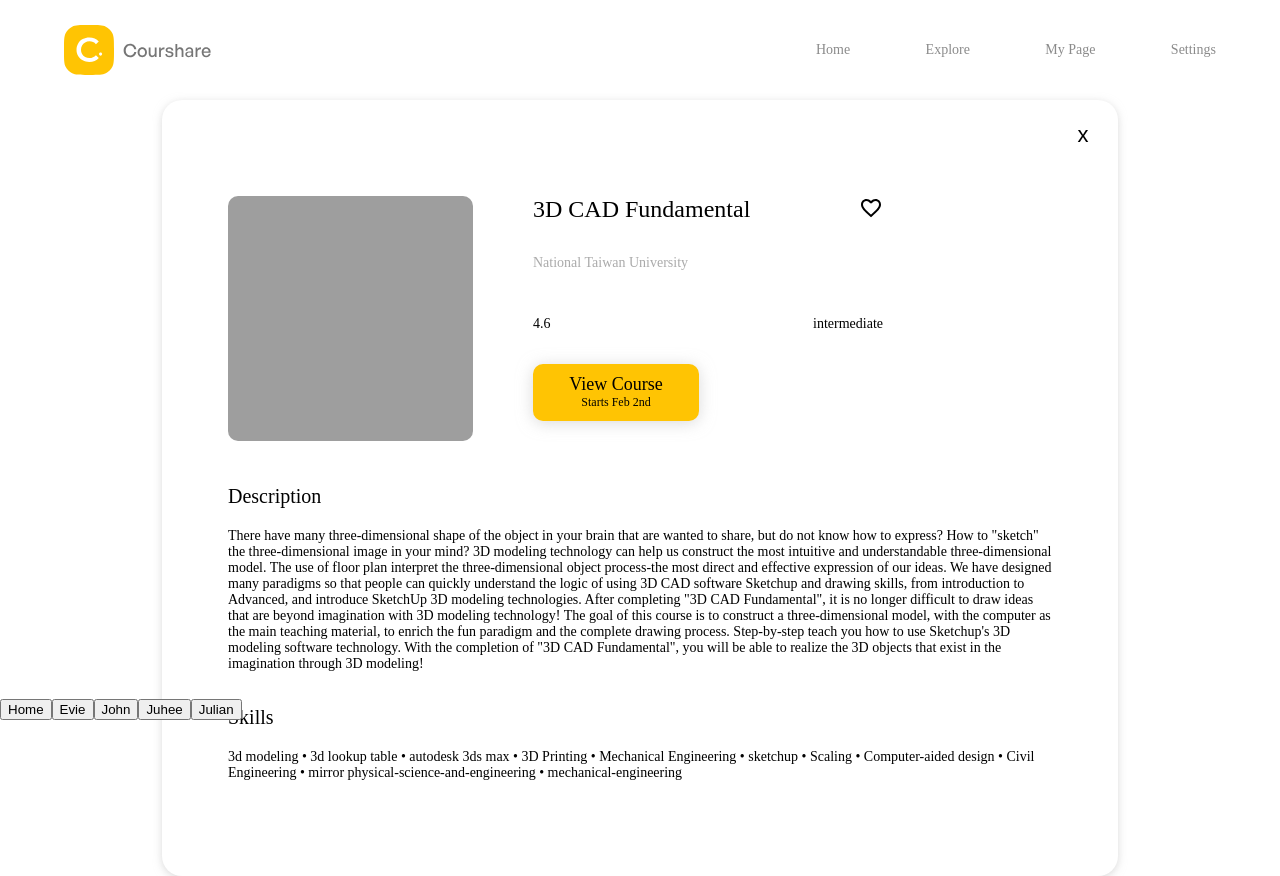
Repository: julianm09/courshare-app
Page: /comps/juhee
These files come from the project's save history. The page is drawn as it stood at one moment and after the next save; the edit follows.
The browser window is 1280 px wide. The pictures show the whole page.
Pictures or frames that could not be fetched are drawn as grey boxes. The project was rebuilt for these pictures with package versions that can differ from the ones it lists, and the page was loaded fresh each time. The framework's server and built-in components were replaced by stand-ins that run in the browser. Also part of the build but not shown: next.config.js.

Above is the page before, as saved 2022-02-07 14:52:27.

After the next save:
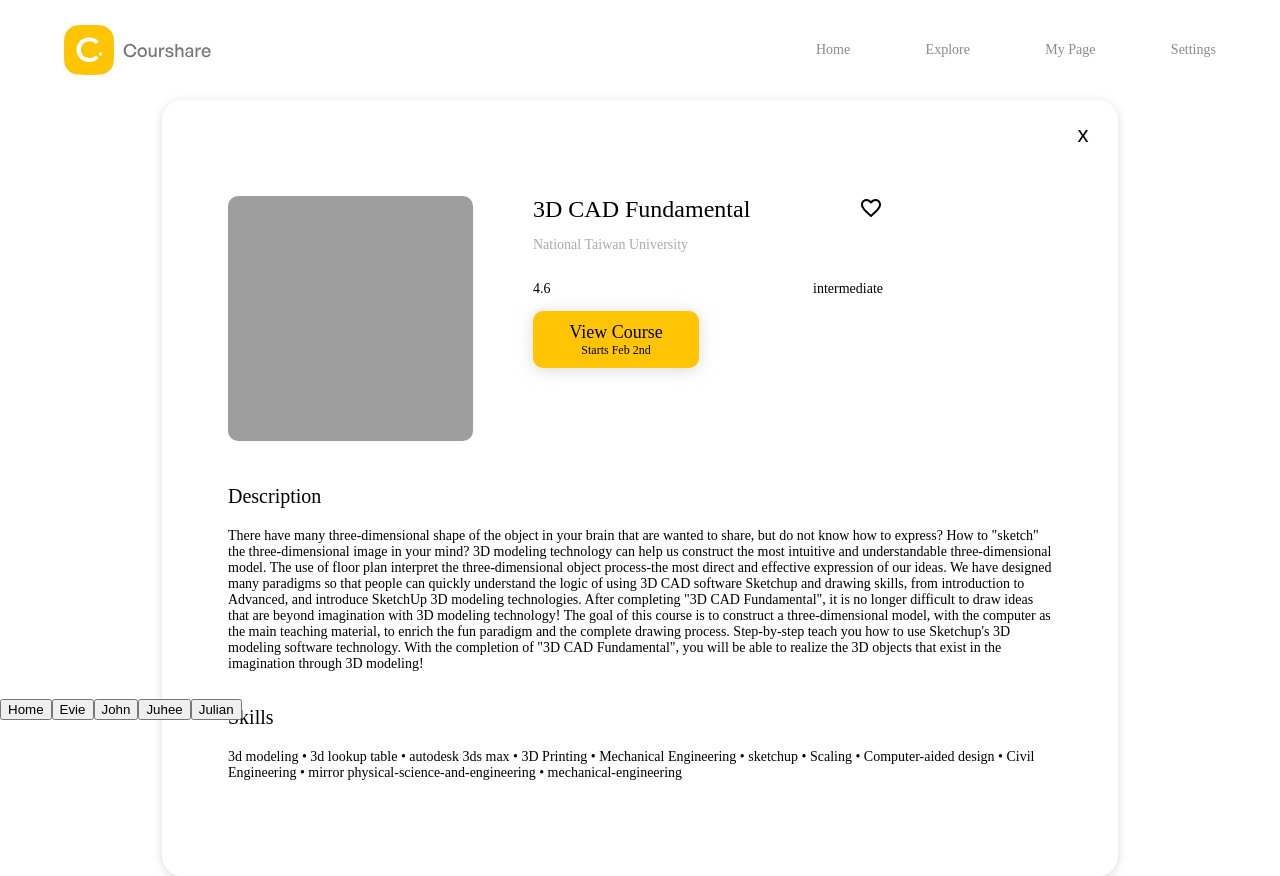
Saved 10 s later.
--- a/components/CourseDetailCard.js
+++ b/components/CourseDetailCard.js
@@ -68,7 +68,7 @@
   display: flex;
   flex-direction: row;
   justify-content: space-between;
-  margin-bottom: 5%;
+  margin-bottom: 5%, 0;
 `;
 const SecondCont = styled.div`
   margin-top: 20px;

After the 3 saves that followed:
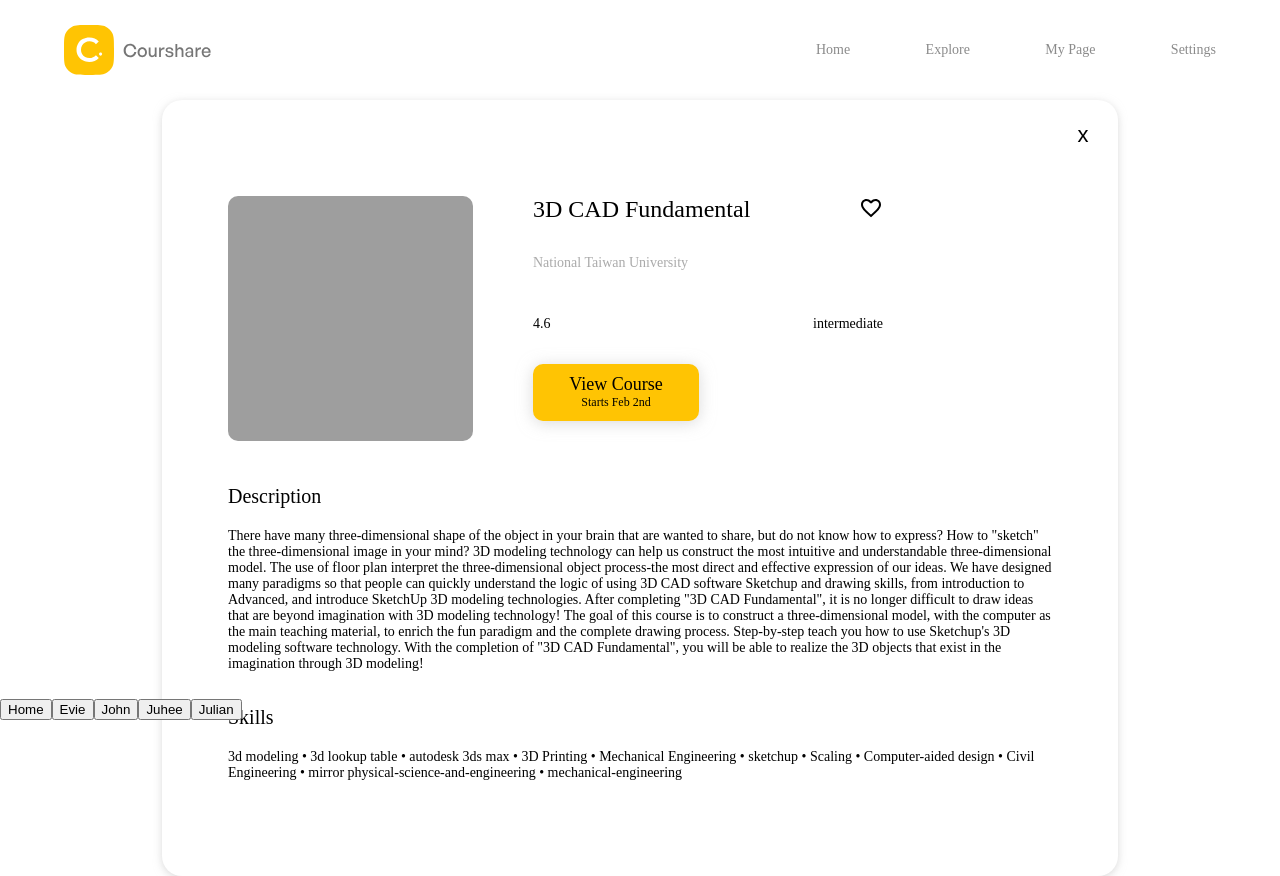
The 3 saves are shown as one change because 2 left the picture as it was.
The last was saved 12 s later.
--- a/components/CourseDetailCard.js
+++ b/components/CourseDetailCard.js
@@ -68,7 +68,7 @@
   display: flex;
   flex-direction: row;
   justify-content: space-between;
-  margin-bottom: 5%, 0;
+  margin-bottom: 5%;
 `;
 const SecondCont = styled.div`
   margin-top: 20px;
